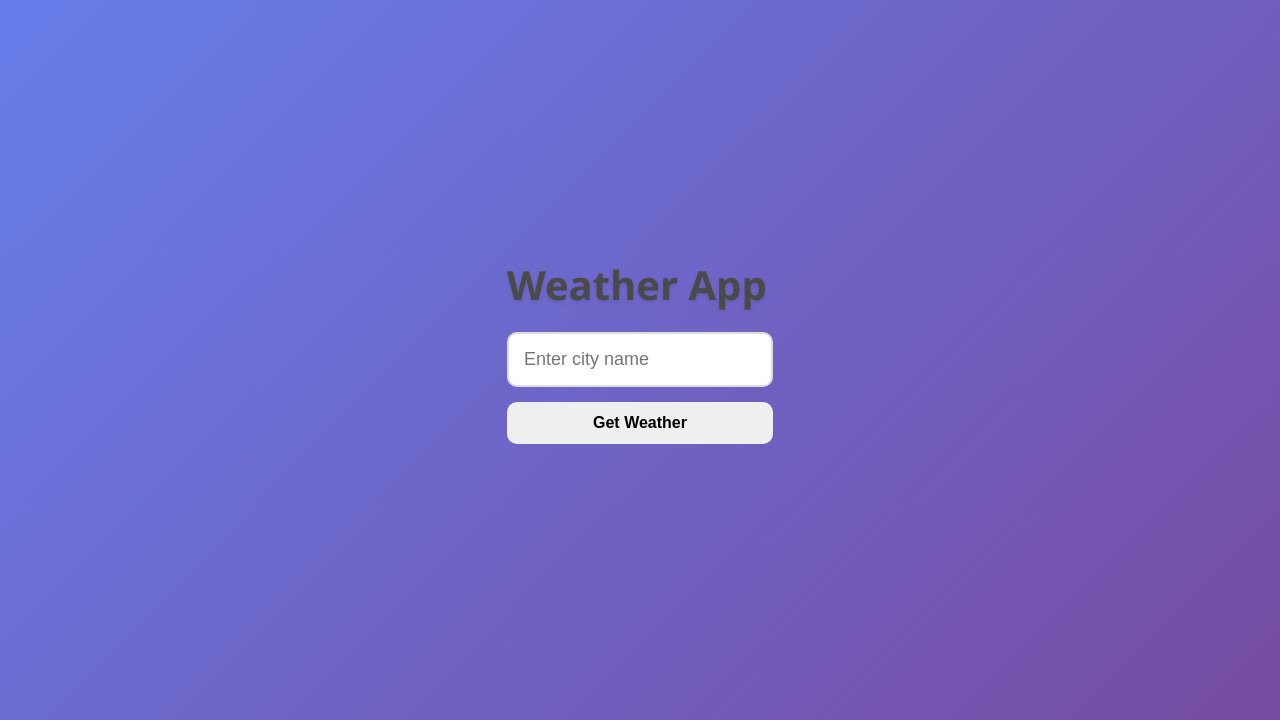
Repository: kalpna-kumari7/weather-app
Page: / (app in weather-app/)
An editor plug-in stored every save of this project. The page is shown before and after a run of saves, followed by the edit.
The browser window is 1280 px wide. The pictures show the whole page.
The project was rebuilt for these pictures with package versions that can differ from the ones it lists, and the page was loaded fresh each time. Also part of the build but not shown: weather-app/src/WeatherDisplay.js.

Above is the page before, as saved 2026-01-21 16:44:04.

### weather-app/public/index.html
<!DOCTYPE html>
<html lang="en">
  <head>
    <meta charset="utf-8" />
    <link rel="icon" href="%PUBLIC_URL%/logo192.png" />
    <meta name="viewport" content="width=device-width, initial-scale=1" />
    <meta name="theme-color" content="#000000" />
    <meta
      name="description"
      content="Web site created using create-react-app"
    />
    <link rel="apple-touch-icon" href="%PUBLIC_URL%/logo192.png" />
    <!--
      manifest.json provides metadata used when your web app is installed on a
      user's mobile device or desktop. See https://developers.google.com/web/fundamentals/web-app-manifest/
    -->
    <link rel="manifest" href="%PUBLIC_URL%/manifest.json" />
    <!--
      Notice the use of %PUBLIC_URL% in the tags above.
      It will be replaced with the URL of the `public` folder during the build.
      Only files inside the `public` folder can be referenced from the HTML.

      Unlike "/favicon.ico" or "favicon.ico", "%PUBLIC_URL%/favicon.ico" will
      work correctly both with client-side routing and a non-root public URL.
      Learn how to configure a non-root public URL by running `npm run build`.
    -->
    <title>Weather</title>
  </head>
  <body>
    <noscript>You need to enable JavaScript to run this app.</noscript>
    <div id="root"></div>
    <!--
      This HTML file is a template.
      If you open it directly in the browser, you will see an empty page.

      You can add webfonts, meta tags, or analytics to this file.
      The build step will place the bundled scripts into the <body> tag.

      To begin the development, run `npm start` or `yarn start`.
      To create a production bundle, use `npm run build` or `yarn build`.
    -->
  </body>
</html>

### weather-app/src/App.js
import React, { useState } from 'react';
import axios from 'axios';
import WeatherDisplay from './WeatherDisplay';
import './App.css';

const API_KEY = '4e1439739cb3aaf8adabd5b23b4f1970'; // API key
const API_URL = 'https://api.openweathermap.org/data/2.5/weather';

function App() {
  const [city, setCity] = useState('');
  const [weather, setWeather] = useState(null);
  const [error, setError] = useState('');

  const fetchWeather = async () => {
    if (!city) return;
    try {
      const response = await axios.get(`${API_URL}?q=${city}&appid=${API_KEY}&units=metric`);
      setWeather(response.data);
      setError('');
    } catch (err) {
      setError('City not found or API error. Please try again.');
      setWeather(null);
    }
  };

  const handleSubmit = (e) => {
    e.preventDefault();
    fetchWeather();
  };

  return (
    <div className="app">
      <h1>Weather App</h1>
      <form onSubmit={handleSubmit} className="form">
        <input
          type="text"
          placeholder="Enter city name"
          value={city}
          onChange={(e) => setCity(e.target.value)}
          className="input"
        />
        <button type="submit" className="button">Get Weather</button>
      </form>
      {error && <p className="error">{error}</p>}
      {weather && <WeatherDisplay weather={weather} />}
    </div>
  );
}

export default App;

### weather-app/src/App.css
/* Global styles */
* {
  box-sizing: border-box;
  margin: 0;
  padding: 0;
}

body {
  font-family: 'Segoe UI', Tahoma, Geneva, Verdana, sans-serif;
  background: linear-gradient(135deg, #667eea 0%, #764ba2 100%); /* Gradient background */
  color: #333;
  min-height: 100vh;
  display: flex;
  align-items: center;
  justify-content: center;
}

.app {
  width: 100%;
  max-width: 500px;
  padding: 20px;
}

.container {
  background: rgba(255, 255, 255, 0.95); /* Semi-transparent white background */
  border-radius: 15px;
  box-shadow: 0 10px 30px rgba(0, 0, 0, 0.2);
  padding: 30px;
  text-align: center;
  backdrop-filter: blur(10px); /* Glassmorphism effect */
}

h1 {
  font-size: 2.5rem;
  margin-bottom: 20px;
  color: #4a4a4a;
  text-shadow: 0 2px 4px rgba(0, 0, 0, 0.1);
}

.form {
  display: flex;
  flex-direction: column;
  gap: 15px;
  margin-bottom: 20px;
}

.input {
  padding: 15px;
  font-size: 18px;
  border: 2px solid #ddd;
  border-radius: 10px;
  outline: none;
  transition: border-color 0.3s ease;
}

.input:focus {
  border-color: #007bff;
  box-shadow: 0 0 5px rgba(0, 123, 255, 0.5);
}

.button-group {
  display: flex;
  gap: 10px;
  justify-content: center;
}

.button {
  padding: 12px 20px;
  font-size: 16px;
  border: none;
  border-radius: 10px;
  cursor: pointer;
  transition: all 0.3s ease;
  font-weight: bold;
}

.button.primary {
  background-color: #007bff;
  color: white;
}

.button.primary:hover {
  background-color: #0056b3;
  transform: translateY(-2px);
}

.button.secondary {
  background-color: #6c757d;
  color: white;
}

.button.secondary:hover {
  background-color: #545b62;
  transform: translateY(-2px);
}

.button:disabled {
  background-color: #ccc;
  cursor: not-allowed;
  transform: none;
}

.error {
  color: #dc3545;
  font-weight: bold;
  margin: 10px 0;
  display: flex;
  align-items: center;
  justify-content: center;
  gap: 5px;
}

.weather-card {
  background: #f8f9fa;
  border-radius: 15px;
  padding: 20px;
  margin-top: 20px;
  box-shadow: 0 5px 15px rgba(0, 0, 0, 0.1);
  animation: fadeIn 0.5s ease-in;
}

@keyframes fadeIn {
  from { opacity: 0; transform: translateY(20px); }
  to { opacity: 1; transform: translateY(0); }
}

.weather-main {
  display: flex;
  align-items: center;
  justify-content: center;
  gap: 20px;
  margin-bottom: 15px;
}

.weather-icon {
  width: 80px;
  height: 80px;
}

.weather-details {
  text-align: left;
}

.temp {
  font-size: 2rem;
  font-weight: bold;
  color: #007bff;
  display: flex;
  align-items: center;
  gap: 5px;
}

.desc {
  font-size: 1.2rem;
  text-transform: capitalize;
  color: #6c757d;
}

.weather-extra {
  font-size: 1.1rem;
  color: #495057;
}

.weather-extra p {
  display: flex;
  align-items: center;
  justify-content: center;
  gap: 5px;
}

/* Responsive design */
@media (max-width: 768px) {
  .container {
    padding: 20px;
  }
  h1 {
    font-size: 2rem;
  }
  .weather-main {
    flex-direction: column;
    gap: 10px;
  }
  .button-group {
    flex-direction: column;
  }
}

Loaded but not shown: weather-app/src/index.js (common file); weather-app/src/index.css (common file); weather-app/src/reportWebVitals.js (common file)

After the next 2 saves:
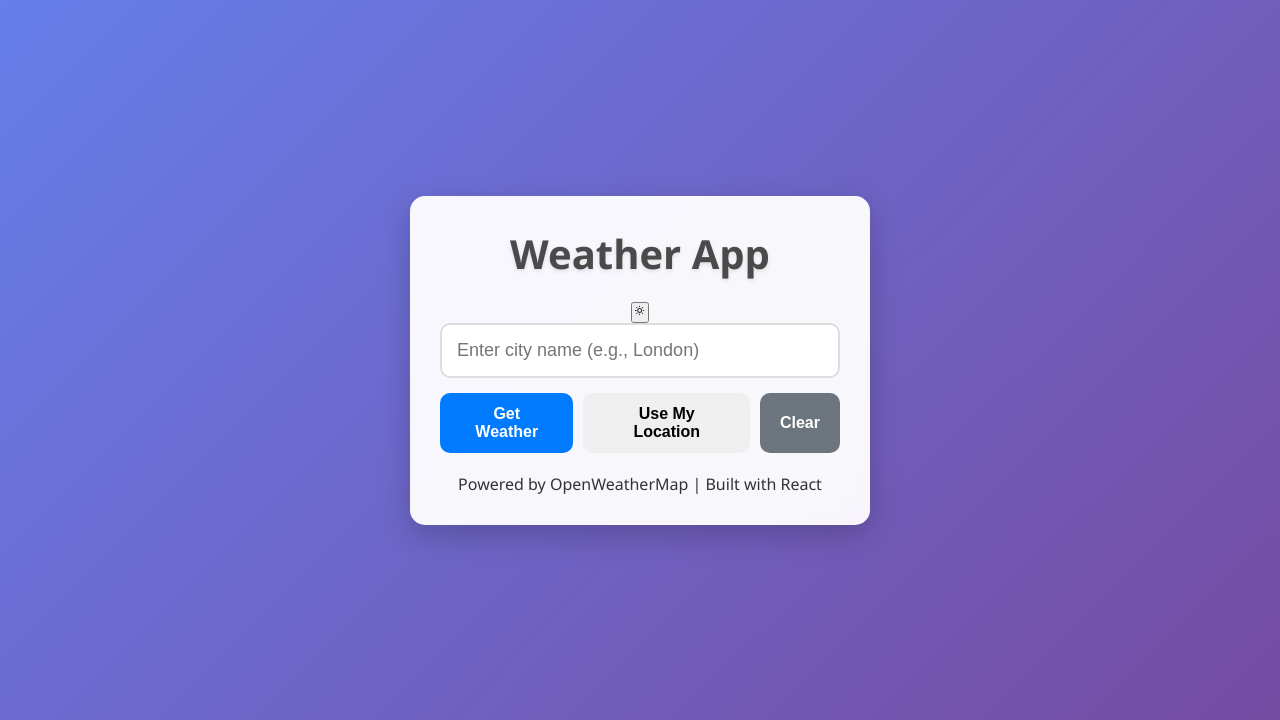
The 2 saves are shown as one change because 1 did not build or start.
The last was saved 3 min 56 s later.
--- a/weather-app/src/App.js
+++ b/weather-app/src/App.js
@@ -1,48 +1,117 @@
-import React, { useState } from 'react';
+import React, { useState, useEffect } from 'react';
 import axios from 'axios';
 import WeatherDisplay from './WeatherDisplay';
+import { ClipLoader } from 'react-spinners';
+import { WiDaySunny, WiNightClear } from 'react-icons/wi'; // For theme toggle
 import './App.css';
 
 const API_KEY = '4e1439739cb3aaf8adabd5b23b4f1970'; // API key
 const API_URL = 'https://api.openweathermap.org/data/2.5/weather';
 
+
 function App() {
   const [city, setCity] = useState('');
   const [weather, setWeather] = useState(null);
   const [error, setError] = useState('');
+  const [loading, setLoading] = useState(false);
+  const [darkMode, setDarkMode] = useState(false); // New: Dark mode state
 
-  const fetchWeather = async () => {
-    if (!city) return;
+  // Toggle dark mode
+  const toggleDarkMode = () => {
+    setDarkMode(!darkMode);
+  };
+
+  // Apply dark mode class to body
+  useEffect(() => {
+    document.body.className = darkMode ? 'dark' : 'light';
+  }, [darkMode]);
+
+  const fetchWeather = async (lat = null, lon = null) => {
+    setLoading(true);
     try {
-      const response = await axios.get(`${API_URL}?q=${city}&appid=${API_KEY}&units=metric`);
+      let url = `${API_URL}?appid=${API_KEY}&units=metric`;
+      if (lat && lon) {
+        url += `&lat=${lat}&lon=${lon}`;
+      } else {
+        url += `&q=${city}`;
+      }
+      const response = await axios.get(url);
       setWeather(response.data);
       setError('');
     } catch (err) {
-      setError('City not found or API error. Please try again.');
+      setError('Unable to fetch weather. Check city name or try again.');
       setWeather(null);
+    } finally {
+      setLoading(false);
     }
   };
 
   const handleSubmit = (e) => {
     e.preventDefault();
-    fetchWeather();
+    if (city) fetchWeather();
+  };
+
+  const handleGeolocation = () => {
+    if (navigator.geolocation) {
+      navigator.geolocation.getCurrentPosition(
+        (position) => {
+          const { latitude, longitude } = position.coords;
+          fetchWeather(latitude, longitude);
+        },
+        () => setError('Geolocation access denied. Please enter a city.')
+      );
+    } else {
+      setError('Geolocation not supported by this browser.');
+    }
+  };
+
+  const handleClear = () => {
+    setCity('');
+    setWeather(null);
+    setError('');
   };
 
   return (
     <div className="app">
-      <h1>Weather App</h1>
-      <form onSubmit={handleSubmit} className="form">
-        <input
-          type="text"
-          placeholder="Enter city name"
-          value={city}
-          onChange={(e) => setCity(e.target.value)}
-          className="input"
-        />
-        <button type="submit" className="button">Get Weather</button>
-      </form>
-      {error && <p className="error">{error}</p>}
-      {weather && <WeatherDisplay weather={weather} />}
+      <div className="container">
+        <header>
+          <h1>Weather App</h1>
+          <button onClick={toggleDarkMode} className="theme-toggle">
+            {darkMode ? <WiNightClear /> : <WiDaySunny />}
+          </button>
+        </header>
+        <form onSubmit={handleSubmit} className="form">
+          <input
+            type="text"
+            placeholder="Enter city name (e.g., London)"
+            value={city}
+            onChange={(e) => setCity(e.target.value)}
+            className="input"
+          />
+          <div className="button-group">
+            <button type="submit" className="button primary" disabled={loading}>
+              {loading ? 'Fetching...' : 'Get Weather'}
+            </button>
+            <button type="button" onClick={handleGeolocation} className="button geo">
+              Use My Location
+            </button>
+            <button type="button" onClick={handleClear} className="button secondary">
+              Clear
+            </button>
+          </div>
+        </form>
+        {loading && <ClipLoader color={darkMode ? '#fff' : '#007bff'} size={50} className="spinner" />}
+        {error && (
+          <div className="error">
+            <span>⚠️</span> {error}
+            <button onClick={() => setError('')} className="retry">Dismiss</button>
+          </div>
+        )}
+        {weather && <WeatherDisplay weather={weather} darkMode={darkMode} />}
+        <footer>
+          <p>Powered by OpenWeatherMap | Built with React</p>
+        </footer>
+      </div>
     </div>
   );
 }
